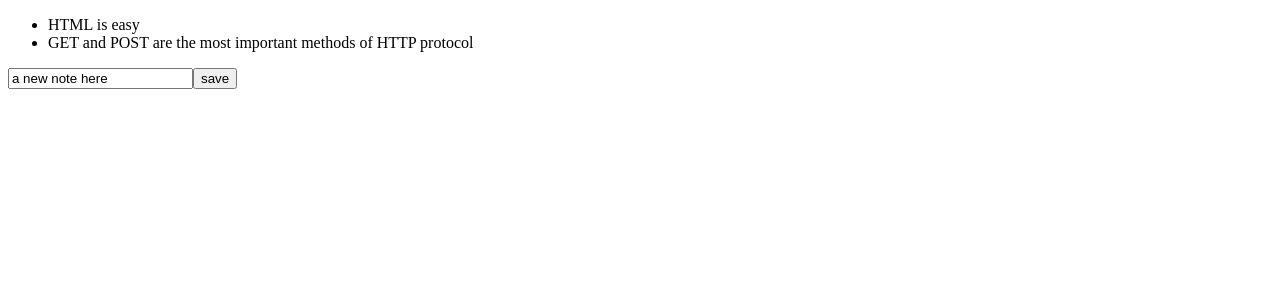
Repository: 2Lavine/fullstack
Page: / (app in part2/)
These files come from the project's save history. The page is drawn as it stood at one moment and after a run of saves; the edit follows.
The browser window is 1280 px wide. The pictures show the whole page.
The project was rebuilt for these pictures with package versions that can differ from the ones it lists, and the page was loaded fresh each time.

Above is the page before, as saved 2020-09-01 16:01:34.

### part2/src/index.js
import React, { useState } from "react";
import ReactDOM from "react-dom";
import App from "./App.js";
const notes = [
  {
    id: 1,
    content: "HTML is easy",
    date: "2019-05-30T17:30:31.098Z",
    important: true,
  },
  {
    id: 2,
    content: "Browser can execute only Javascript",
    date: "2019-05-30T18:39:34.091Z",
    important: false,
  },
  {
    id: 3,
    content: "GET and POST are the most important methods of HTTP protocol",
    date: "2019-05-30T19:20:14.298Z",
    important: true,
  },
];

ReactDOM.render(<App notes={notes}></App>, document.getElementById("root"));

### part2/src/App.js
import React, { useState } from "react";
import Note from "./components/Note.js";

const App = (props) => {
  const [notes, setNotes] = useState(props.notes);
  const [newNote, setNewNote] = useState("a new note here");
  const [showAll, setShowAll] = useState(true);
  const addNote = (e) => {
    e.preventDefault();
    console.log("button clicked", e.target);
    const noteObject = {
      content: newNote,
      date: new Date(),
      important: Math.random() < 0.5,
      id: notes.length + 1,
    };
    setNotes(notes.concat(noteObject));
    setNewNote("");
  };
  const handleNoteChange = (e) => {
    console.log(e.target.value);
    setNewNote(e.target.value);
  };
  const notesToShow = notes.filter((note) => note.important === true);
  return (
    <div>
      <ul>
        {notesToShow.map((note) => (
          <Note note={note} key={note.id}></Note>
        ))}
      </ul>
      <form onSubmit={addNote}>
        <input value={newNote} onChange={handleNoteChange}></input>
        <button type="submit">save</button>
      </form>
    </div>
  );
};
export default App;

### part2/src/components/Note.js
import React from "react";

const Note = ({ note }) => <li>{note.content}</li>;

export default Note;

Loaded but not shown: part2/public/index.html (common file)

After the next 3 saves:
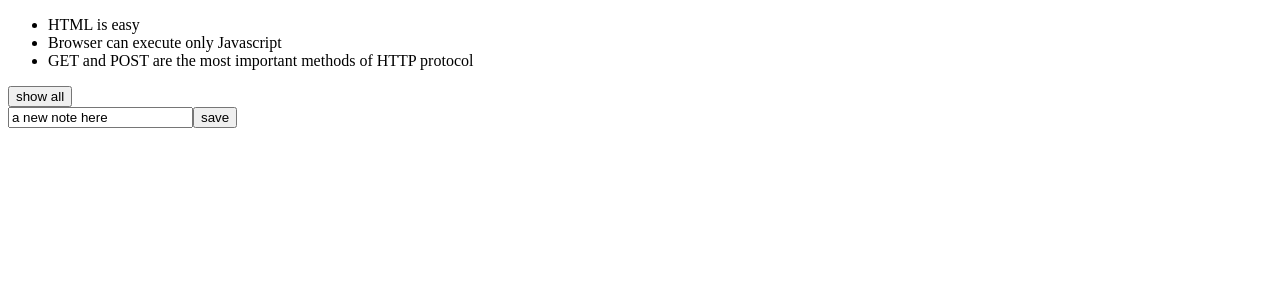
The 3 saves are shown as one change because 2 did not build or start.
The last was saved 5 min 28 s later.
--- a/part2/src/App.js
+++ b/part2/src/App.js
@@ -21,7 +21,10 @@ const App = (props) => {
     console.log(e.target.value);
     setNewNote(e.target.value);
   };
-  const notesToShow = notes.filter((note) => note.important === true);
+  const notesToShow = showAll
+    ? notes
+    : notes.filter((note) => note.important === true);
+  console.log(notesToShow);
   return (
     <div>
       <ul>
@@ -29,6 +32,11 @@ const App = (props) => {
           <Note note={note} key={note.id}></Note>
         ))}
       </ul>
+      <div>
+        <button onClick={() => setShowAll(!showAll)}>
+          show {showAll ? "all" : "important"}
+        </button>
+      </div>
       <form onSubmit={addNote}>
         <input value={newNote} onChange={handleNoteChange}></input>
         <button type="submit">save</button>
